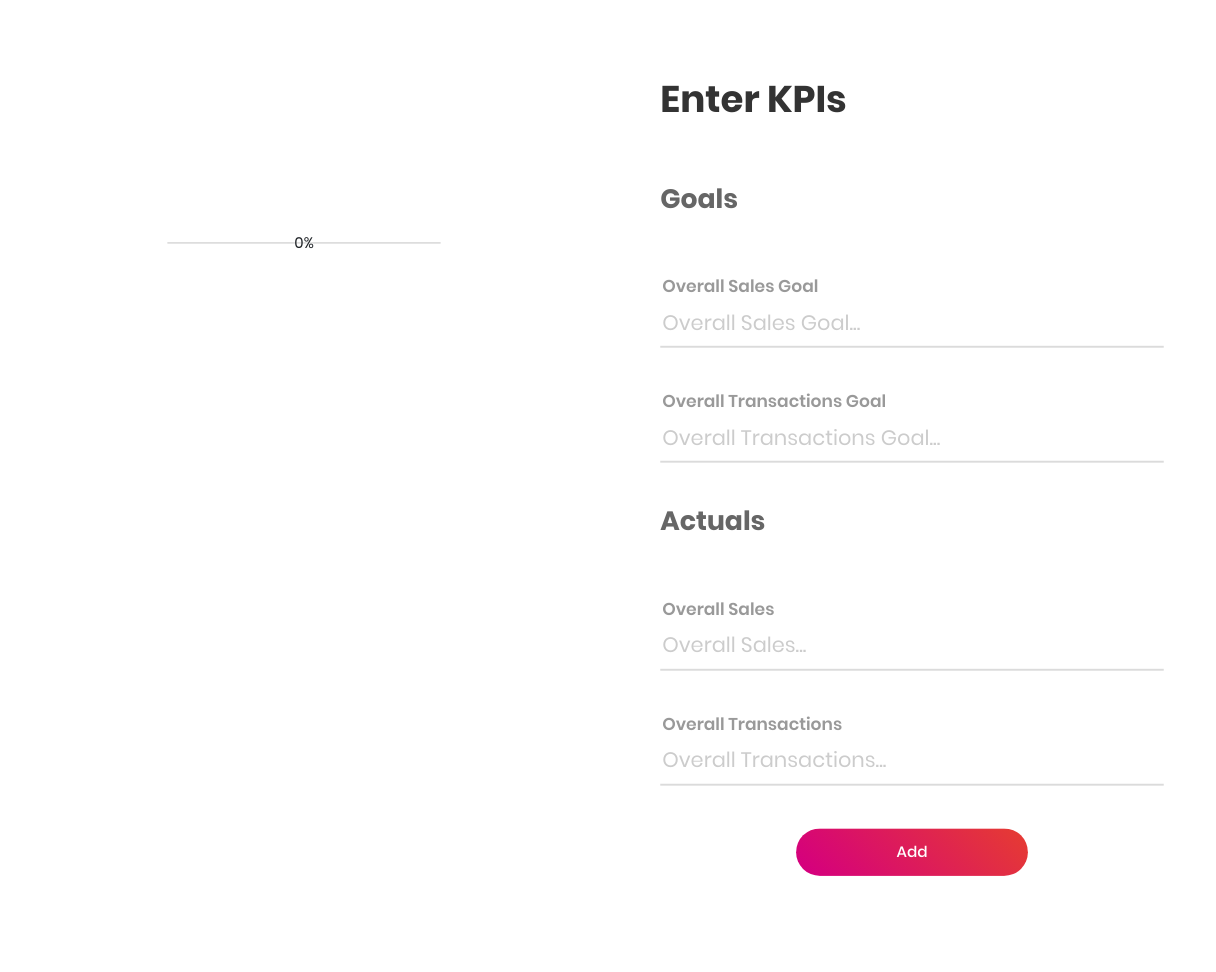
Repository: jameyel/kpi-entry
Page: index.html
The author's editor kept a copy of each file at every save. The page is drawn from the files as they stood at one save, then again after the next save.
The browser window is 1280 px wide. The pictures show the whole page, at 95% of full size.

Above is the page before, as saved 2018-12-10 09:45:18.

After the next save:
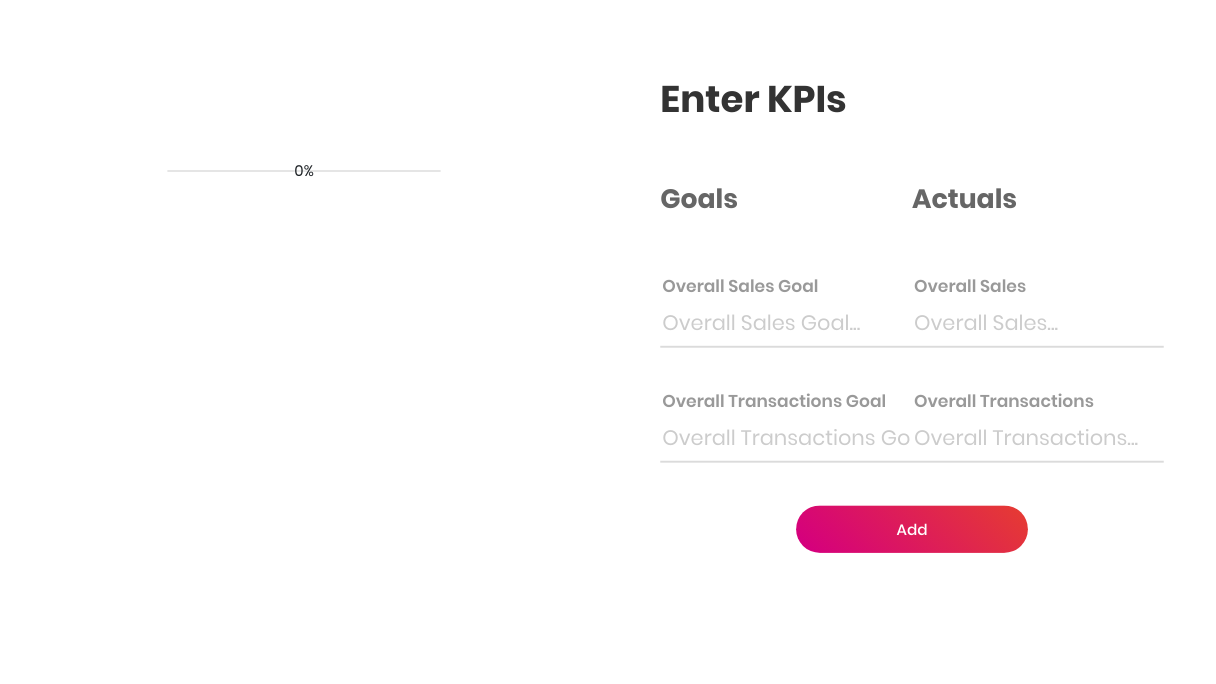
Saved 73 s later.
--- a/index.html
+++ b/index.html
@@ -99,59 +99,61 @@
         <form class="kpi100-form validate-form">
           <span class="kpi100-form-title"> Enter KPIs </span>
 
-          <div class="kpi100-form-section">
-            <span class="kpi100-form-subtitle"> Goals </span>
-            <div
-              class="wrap-input100 validate-input"
-              data-validate="Overall Sales Goal is required: 123456"
-            >
-              <span class="label-input100">Overall Sales Goal</span>
-              <input
-                class="input100 overall-sales-goal"
-                type="text"
-                name="osg"
-                placeholder="Overall Sales Goal..."
-              />
-              <span class="focus-input100"></span>
+          <div class="kpi100-form-sections">
+            <div class="kpi100-form-section">
+              <span class="kpi100-form-subtitle"> Goals </span>
+              <div
+                class="wrap-input100 validate-input"
+                data-validate="Overall Sales Goal is required: 123456"
+              >
+                <span class="label-input100">Overall Sales Goal</span>
+                <input
+                  class="input100 overall-sales-goal"
+                  type="text"
+                  name="osg"
+                  placeholder="Overall Sales Goal..."
+                />
+                <span class="focus-input100"></span>
+              </div>
+
+              <div class="wrap-input100">
+                <span class="label-input100">Overall Transactions Goal</span>
+                <input
+                  class="input100"
+                  type="text"
+                  name="otg"
+                  placeholder="Overall Transactions Goal..."
+                />
+                <span class="focus-input100"></span>
+              </div>
             </div>
 
-            <div class="wrap-input100">
-              <span class="label-input100">Overall Transactions Goal</span>
-              <input
-                class="input100"
-                type="text"
-                name="otg"
-                placeholder="Overall Transactions Goal..."
-              />
-              <span class="focus-input100"></span>
-            </div>
-          </div>
-
-          <div class="kpi100-form-section">
-            <span class="kpi100-form-subtitle"> Actuals </span>
-            <div
-              class="wrap-input100 validate-input"
-              data-validate="Overall Sales are required"
-            >
-              <span class="label-input100">Overall Sales</span>
-              <input
-                class="input100 overall-sales"
-                type="text"
-                name="os"
-                placeholder="Overall Sales..."
-              />
-              <span class="focus-input100"></span>
-            </div>
-
-            <div class="wrap-input100">
-              <span class="label-input100">Overall Transactions</span>
-              <input
-                class="input100"
-                type="text"
-                name="ot"
-                placeholder="Overall Transactions..."
-              />
-              <span class="focus-input100"></span>
+            <div class="kpi100-form-section">
+              <span class="kpi100-form-subtitle"> Actuals </span>
+              <div
+                class="wrap-input100 validate-input"
+                data-validate="Overall Sales are required"
+              >
+                <span class="label-input100">Overall Sales</span>
+                <input
+                  class="input100 overall-sales"
+                  type="text"
+                  name="os"
+                  placeholder="Overall Sales..."
+                />
+                <span class="focus-input100"></span>
+              </div>
+
+              <div class="wrap-input100">
+                <span class="label-input100">Overall Transactions</span>
+                <input
+                  class="input100"
+                  type="text"
+                  name="ot"
+                  placeholder="Overall Transactions..."
+                />
+                <span class="focus-input100"></span>
+              </div>
             </div>
           </div>
 
--- a/css/main.css
+++ b/css/main.css
@@ -234,6 +234,10 @@ iframe {
   flex-wrap: wrap;
   justify-content: space-between;
   padding-bottom: 68px;
+}
+
+.kpi100-form-sections {
+  display: flex;
 }
 
 .kpi100-form-section {
